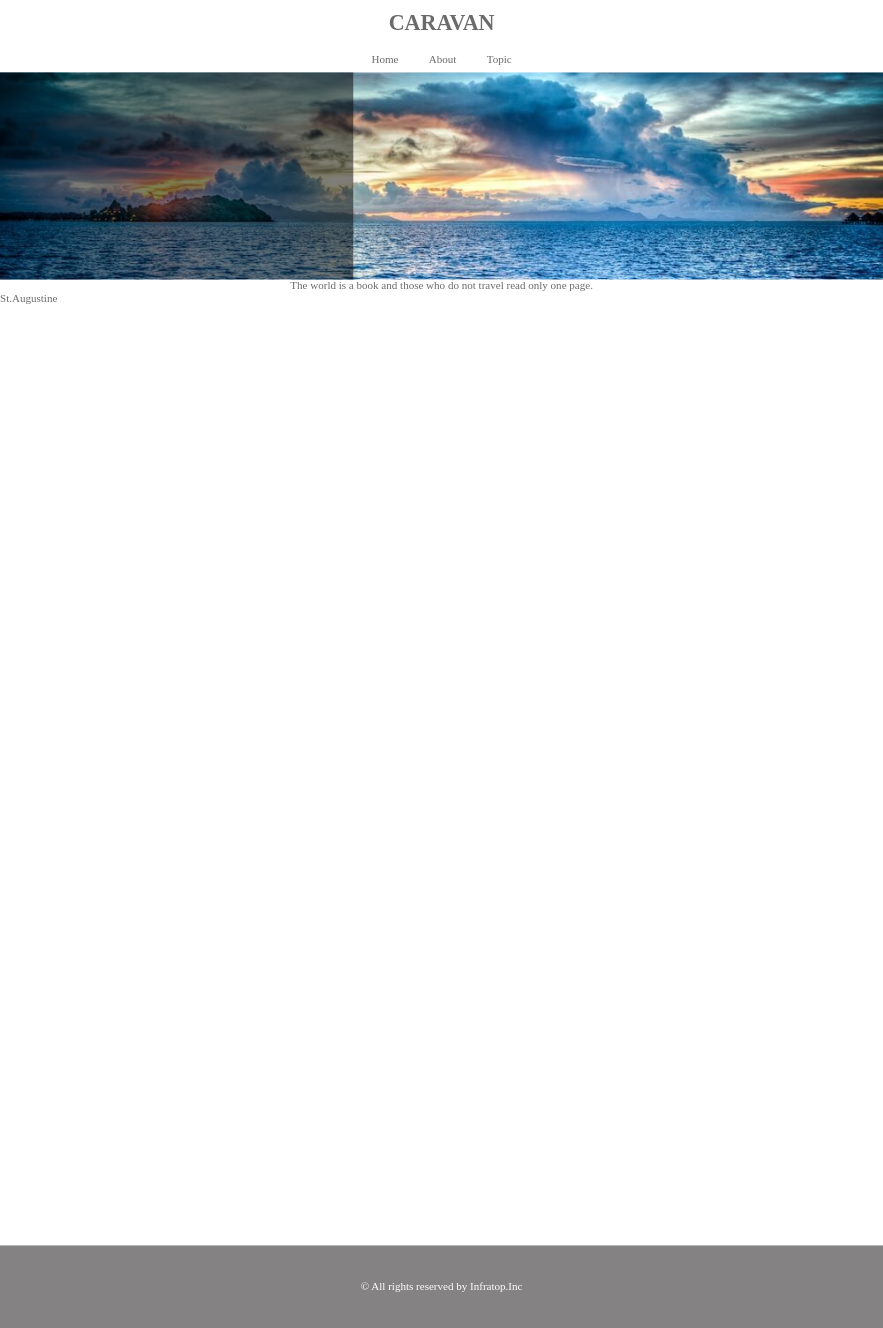
Repository: ego-boosting/html-practice1
Page: caravan/index.html
The author's editor kept a record of every edit. The page is drawn from the files as they stood at one moment, then again after the next edit.
The browser window is 1280 px wide. The pictures show the whole page, at 69% of full size.

Above is the page before.

After the next edit:
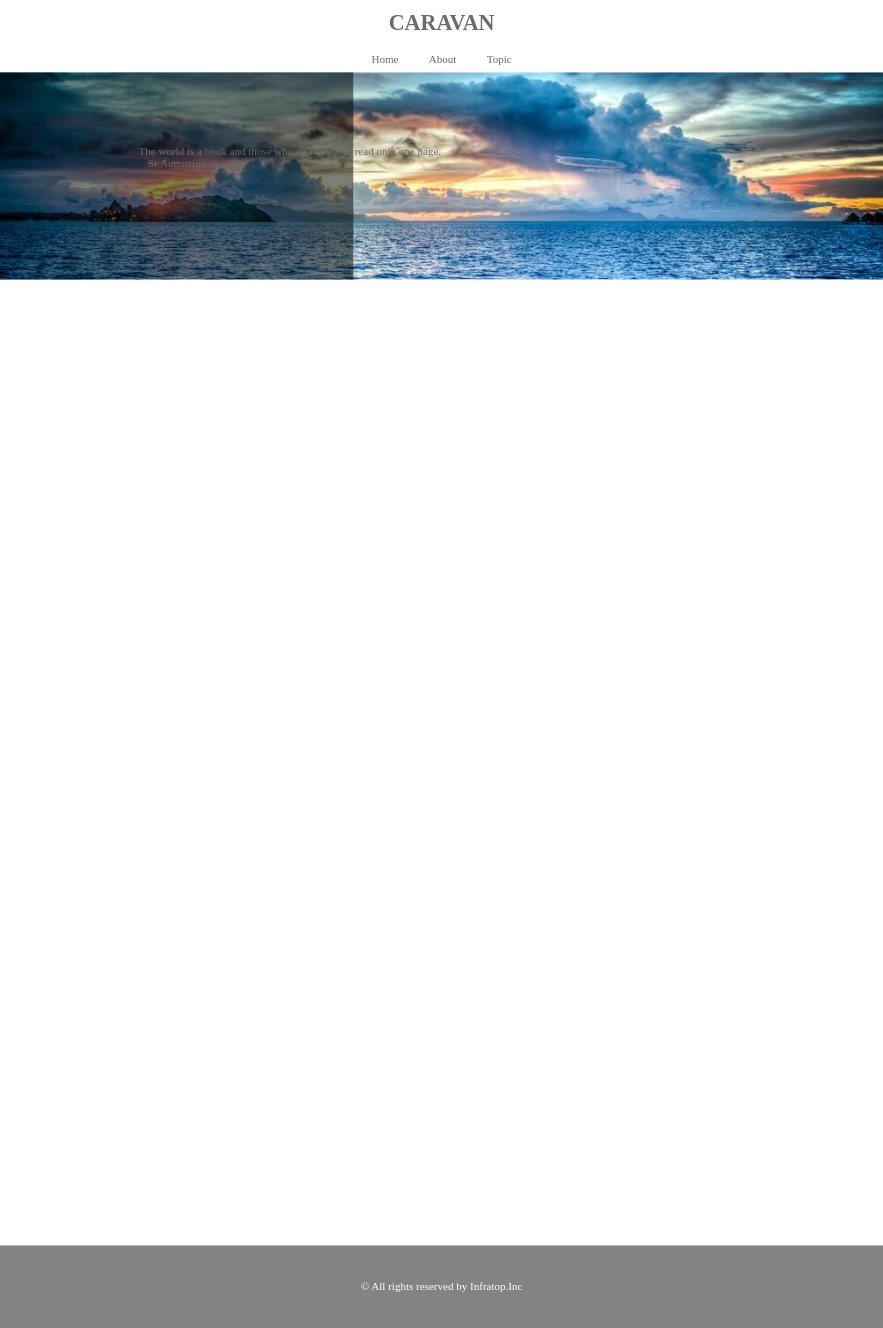
The edit:
--- a/caravan/index.html
+++ b/caravan/index.html
@@ -33,7 +33,7 @@
 
 
     <div class="main-visual">
-      <div class="main-visual-content"></div>
+      <div class="main-visual-content">
 
        <p class="main visual-text">
          The world is a book and those who do not travel read only one page.
